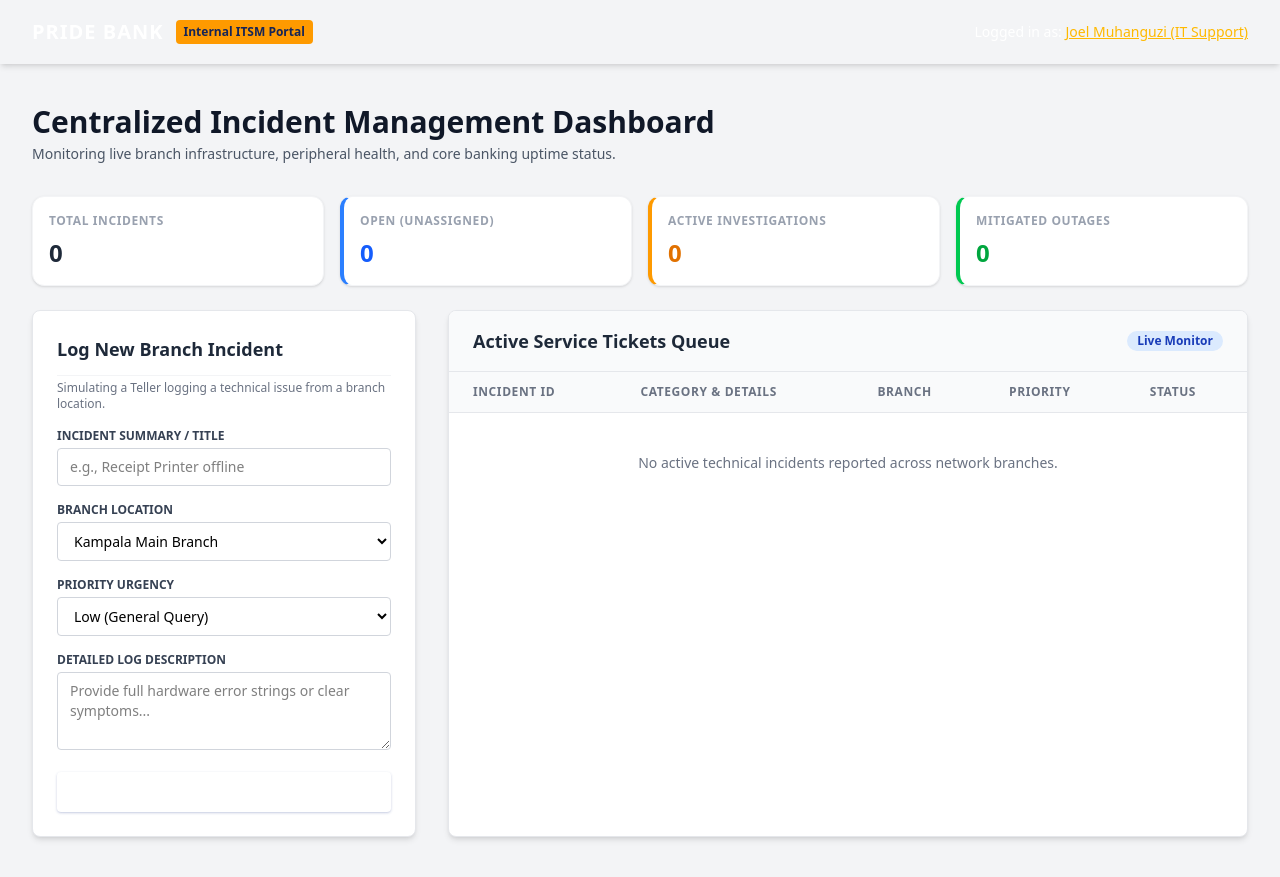
Repository: JOELAGABA/Ticket-reporting-system-for-bank-IT-support-environment-
Page: http://localhost/dashboard
The author's editor kept a copy of each file at every save. The page is drawn from the files as they stood at one save, then again after the next save.
The browser window is 1280 px wide. The pictures show the whole page.
The page is served by the project's Laravel application, run on PHP 8.4 with Laravel 12. Queries for data that is not in the repository find no rows.

Above is the page before, as saved 2026-07-13 10:30:41.

After the next save:
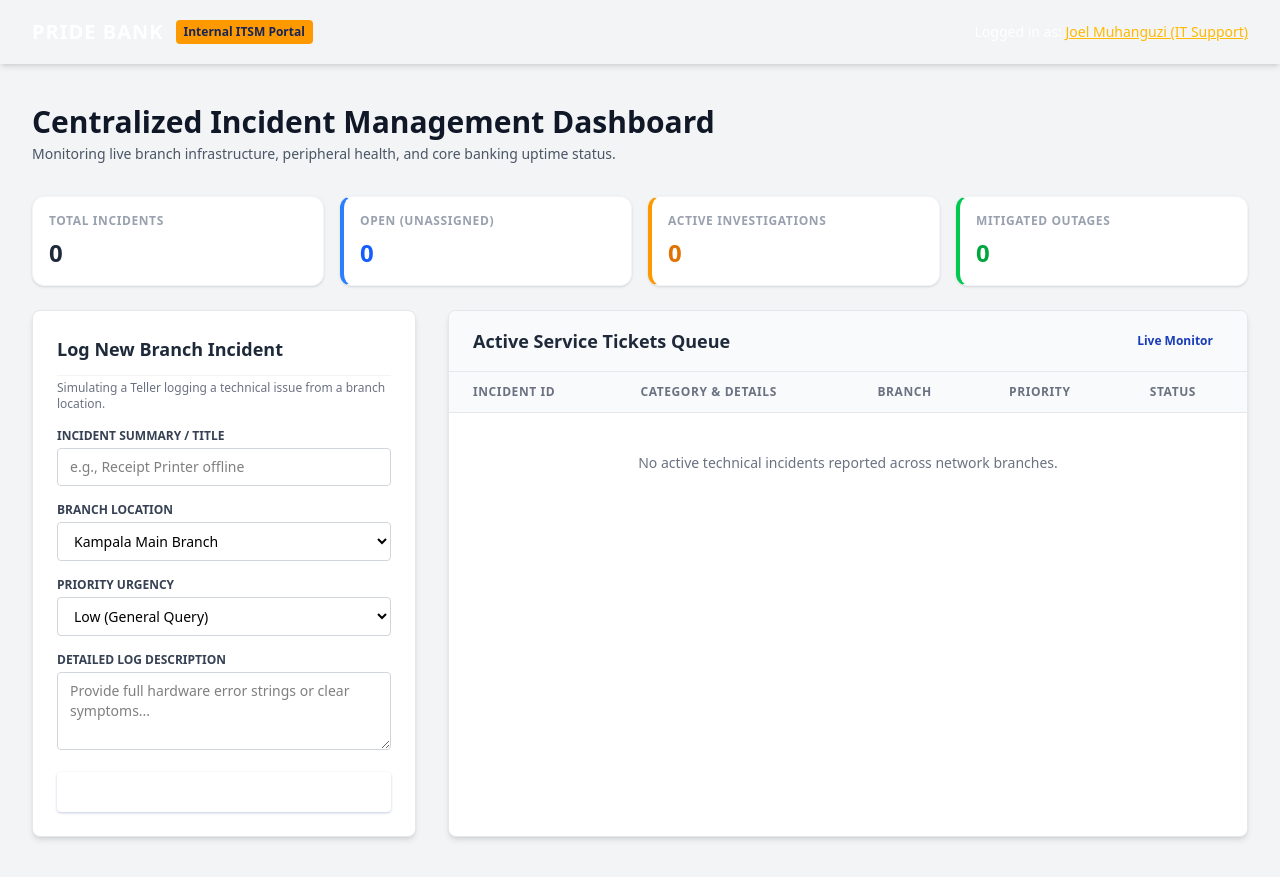
Saved 5 s later.
--- a/resources/views/dashboard.blade.php
+++ b/resources/views/dashboard.blade.php
@@ -118,7 +118,7 @@
             <div class="lg:grid-cols-1 lg:col-span-2 bg-white shadow-md rounded-lg overflow-hidden border border-gray-200">
                 <div class="bg-gray-50 px-6 py-4 border-b border-gray-200 flex justify-between items-center">
                     <h2 class="text-lg font-semibold text-gray-800">Active Service Tickets Queue</h2>
-                    <span class="px-2.5 py-0.5 text-xs font-semibold bg-blue-100 text-blue-800 rounded-full">Live Monitor</span>
+                    <span class="px-2.5 py-0.5 text-xs font-semibold -100 text-blue-800 rounded-full">Live Monitor</span>
                 </div>
 
                 <div class="overflow-x-auto">
